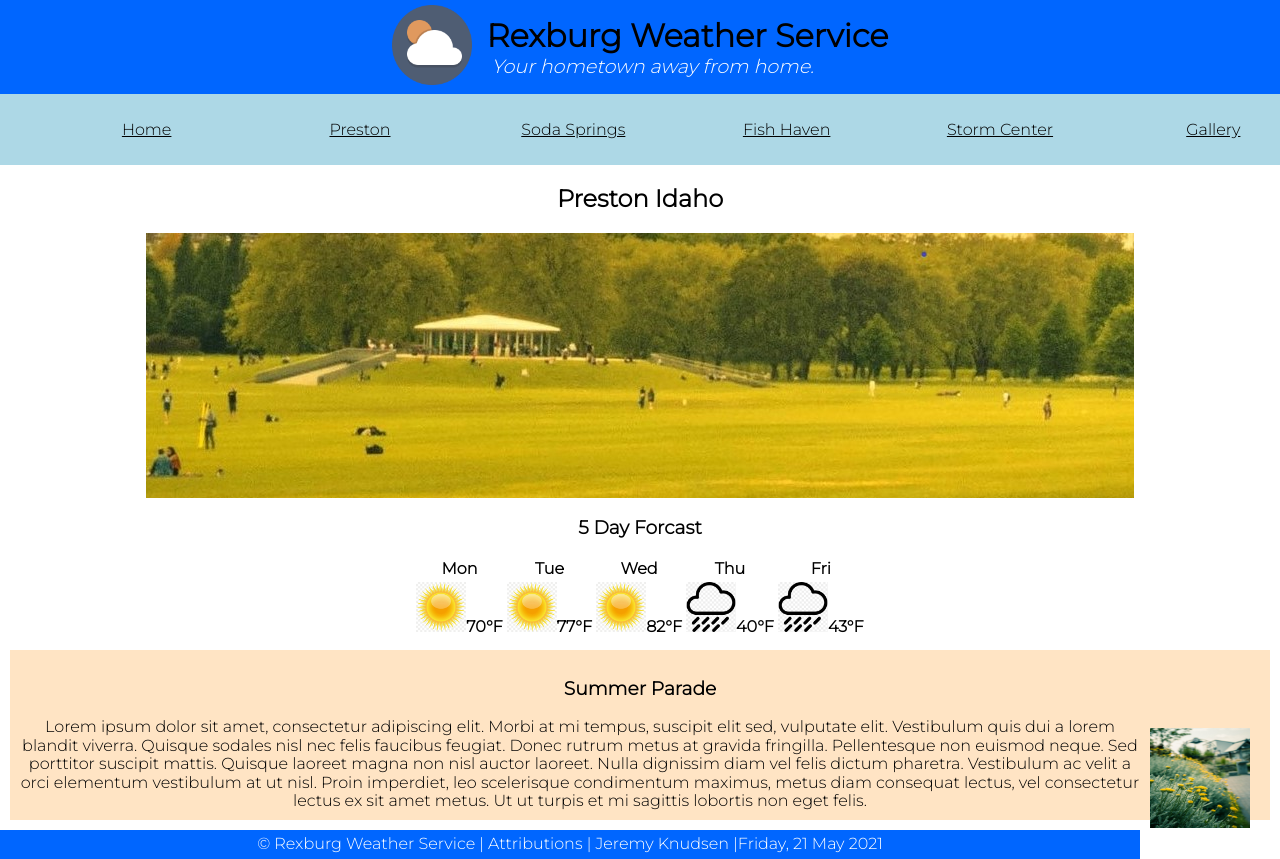
Repository: jknudsen97/jknudsen97.github.io
Page: lesson05/preston-5.html
The author's editor kept a copy of each file at every save. The page is drawn from the files as they stood at one save, then again after the next save.
The browser window is 1280 px wide. The pictures show the whole page.

Above is the page before, as saved 2021-05-22 03:14:40.

### lesson05/preston-5.html
<!DOCTYPE html>
<html lang="en">
<head>
    <meta charset="UTF-8">
    <meta http-equiv="X-UA-Compatible" content="IE=edge">
    <meta name="viewport" content="width=device-width, initial-scale=1.0">
    <title>Rexburg Weather Service</title>
    <meta name="description" content="This will be the main preston town page"/>
    <link rel="preconnect" href="https://fonts.gstatic.com">
    <link href="https://fonts.googleapis.com/css2?family=Montserrat:wght@100;300&display=swap" rel="stylesheet">
    <link rel="preconnect" href="https://fonts.gstatic.com">
    <link href="https://fonts.googleapis.com/css2?family=Nunito:wght@300&display=swap" rel="stylesheet">
    <script defer src="js/script.js"></script>
    <link rel="stylesheet" href="https://cdnjs.cloudflare.com/ajax/libs/normalize/8.0.1/normalize.min.css">
    <link rel="stylesheet" href="css/main.css"/>
    <link rel="stylesheet" href="css/medium.css"/>
    <link rel="stylesheet" href="css/large.css"/>
</head>
<body>
    <header>
        <picture>
            <img src="images/logo.png" alt="Preston logo">
        </picture>
        <section class="headings">
            <h1>Rexburg Weather Service</h1>
            <div class="motto">Your hometown away from home.</div>
        </section>
    </header>

    <div class="nav">
        <div class="hamburger">
            <span class="bar"></span>
            <span class="bar"></span>
            <span class="bar"></span>
        </div>
        <ul class="menu">
            <li><a href="#home" class="link">Home</a></li>
            <li><a href="#preston" class="link">Preston</a></li>
            <li><a href="#sodaSprings" class="link">Soda Springs</a></li>
            <li><a href="#fishHaven" class="link">Fish Haven</a></li>
            <li><a href="#stormCenter" class="link">Storm Center</a></li>
            <li><a href="#gallery" class="link">Gallery</a></li>
        </ul>
    </div>
    <main>
        <div>
            <h2>Preston Idaho</h2>
                    <img class="stock1" src="images/stock1.jpg" alt="Stock Photo 1">
                    <div class="weather">
                        <h3>5 Day Forcast</h3>
                        <table class="table">
                            <tr>
                                <th>Mon</th>
                                <th>Tue</th>
                                <th>Wed</th>
                                <th>Thu</th>
                                <th>Fri</th>
                            </tr>
                            <tr>
                                <th><img class="sunny" src="images/sunny.png" alt="Sunny Thumbnail"><span>70&#176;F</span></th>
                                <th><img class="sunny" src="images/sunny.png" alt="Sunny Thumbnail"><span>77&#176;F</span></th>
                                <th><img class="sunny" src="images/sunny.png" alt="Sunny Thumbnail"><span>82&#176;F</span></th>
                                <th><img class="rainy" src="images/rainy.png" alt="Sunny Thumbnail"><span>40&#176;F</span></th>
                                <th><img class="rainy" src="images/rainy.png" alt="Sunny Thumbnail"><span>43&#176;F</span></th>
                            </tr>
                        </table>
                    </div>
                    <div class="background">
                    <h3>Summer Parade</h3>
                    <img class="stock2" src="images/stock2.jpg" alt="Stock Photo 2">
                <div class="fillerText">
                    Lorem ipsum dolor sit amet, consectetur adipiscing elit.
                    Morbi at mi tempus,
                    suscipit elit sed,
                    vulputate elit. Vestibulum quis dui a lorem blandit viverra.
                    Quisque sodales nisl nec felis faucibus feugiat.
                    Donec rutrum metus at gravida fringilla.
                    Pellentesque non euismod neque.
                    Sed porttitor suscipit mattis.
                    Quisque laoreet magna non nisl auctor laoreet.
                    Nulla dignissim diam vel felis dictum pharetra.
                    Vestibulum ac velit a orci elementum vestibulum at ut nisl.
                    Proin imperdiet, leo scelerisque condimentum maximus,
                    metus diam consequat lectus,
                    vel consectetur lectus ex sit amet metus.
                    Ut ut turpis et mi sagittis lobortis non eget felis.
                </div>
            </div>
        </div>
    </main>
    <footer>
        <div>&copy; Rexburg Weather Service | Attributions | Jeremy Knudsen |</div>
        <div>
            <span id="currentDayofWeek"></span>,
            <span id="currentDay"></span> <span id="currentMonth"></span>
            <span id="currentYear"></span>
        </div>
    </footer>
</body>
</html>

### lesson05/css/main.css
header {
    background-color: #0066ff;
    padding: 5px;
    display: flex;
    align-items: center;
    justify-content: center;
}

header img{
    width: 50px;
    height: auto;
}

body{
    font-family: 'Montserrat', sans-serif;
}

main{
    text-align: center;
}

p{
    justify-content: center;
    background-color: beige;
    padding: 25px;
    margin: 20px;
}

.headings {
    display: flex;
    flex-direction: column;
}

.headings h1{
    font-size: 1em;
    margin: 0 0 0 15px;
}

.motto{
    font-style: italic;
    color: white;
    margin-left: 20px;
    font-size: 1.2rem;
}

.nav{
    overflow: hidden;
    background-color: lightblue;
    position: relative;
}

.menu{
    overflow: hidden;
    display: none;
}

.menu li{
    list-style: none;
    text-decoration: none;
    flex: 1;
    text-align: center;
    justify-content: center;
    box-sizing: border-box;
    line-height: 1.5rem;
}

.menu a{
    color: black;
    justify-content: space-between;
    text-align: center;
    list-style-type: none;
    flex-direction: row;
    align-items: center;
    display: block;
}

.menu.active{
    display: block;
    padding-inline-start: 0px;
}

a.link{
    padding: 7.5px;
}

.nav a.icon{
    background: black;
    display: block;
    position: absolute;
    right: 0;
    top: 0;
}

.hamburger{
    display: none;
}

.bar{
    display: block;
    width: 25px;
    height: 3px;
    margin: 5px auto;
    -webkit-transition: all 0.3s ease-in-out;
    transition: all 0.3s ease-in-out;
    background-color: black;
}

footer {
    margin: 10 px;
    color: white;
    background-color: #0066ff;
    padding: 5px;
    display: flex;
    align-items: center;
    justify-content: center;
    flex-direction: column;
}

.hamburger{
    display: block;
    cursor: pointer;
}

.hamburger.active .bar:nth-child(2) {
    opacity: 0;
}

.hamburger.active .bar:nth-child(1) {
    transform: translateY(8px) rotate(45deg);
}

.hamburger.active .bar:nth-child(3) {
    transform: translateY(-8px) rotate(-45deg);
}

.headings h1{
    font-size: 3rem;
}

.header img{
    width: 120px;
    height: auto;
}

/*Lesson05*/

.stock1{
    display: block;
    align-items: center;
    margin-left: auto;
    margin-right: auto;
    max-width: 95%;
    height: auto;
}

.stock2{
    margin: 10px;
    float: right;
    width: 100px;
    height: 100px;
}

.fillertext{
    padding: 15px;
    margin: 10px;
    text-align: justify;
}

.background{
    justify-content: center;
    display: block;
    background-color: bisque;
    padding: 10px;
    margin: 10px;
}

.weather{
    display: none;
}

### lesson05/css/medium.css
@media only screen and (min-width: 32.5em){
    .menu{
        display: flex;
    }

    header img{
        width: 80px;
        height: auto;
    }

    .headings h1{
        font-size: 2rem;
    }

    .hamburger{
        display: none;
    }

    footer{
        flex-direction: row;
    }

    /*Lesson05*/

    .stock1{
        height: 10%;
    }

    .weather{
        display: contents;
    }

    .table{
        margin-left: auto;
        margin-right: auto;
    }

    .sunny{
        width: 50px;
        height: 50px;
    }

    .rainy{
        width: 50px;
        height: 50px;
    }

    spam{
        display: block;
    }
}

### lesson05/css/large.css
@media only screen and (min-width: 60em){
    .menu{
        display: flex;
        top: 5rem;
        border-radius: 10px;
        justify-content: space-between;
        width: 100%;
        transition: 0.3s;
    }
}

### lesson05/js/script.js
const hamburger = document.querySelector(".hamburger");
const menu = document.querySelector(".menu");
hamburger.addEventListener("click", mobileMenu);

function mobileMenu() {
    hamburger.classList.toggle("active");
    menu.classList.toggle("active");
}

const link = document.querySelectorAll(".link");
link.forEach(n => n.addEventListener("click", closeMenu));

function closeMenu(){
    hamburger.classList.remove("active");
    menu.classList.remove("active");
}

var d = new Date();
var weekday = new Array(7);
weekday[0] = "Sunday";
weekday[1] = "Monday";
weekday[2] = "Tuesday";
weekday[3] = "Wednesday";
weekday[4] = "Thursday";
weekday[5] = "Friday";
weekday[6] = "Saturday";

var n = weekday[d.getDay()];
document.querySelector("#currentDayofWeek").innerHTML = n;

var n = d.getDate();
document.querySelector("#currentDay").innerHTML = n;

var month = new Array();
month[0] = "January";
month[1] = "February";
month[2] = "March";
month[3] = "April";
month[4] = "May";
month[5] = "June";
month[6] = "July";
month[7] = "August";
month[8] = "September";
month[9] = "October";
month[10] = "November";
month[11] = "December";

var n = month[d.getMonth()];
document.querySelector("#currentMonth").innerHTML = n;

var n = d.getFullYear();
document.querySelector("#currentYear").innerHTML = n;

After the next save:
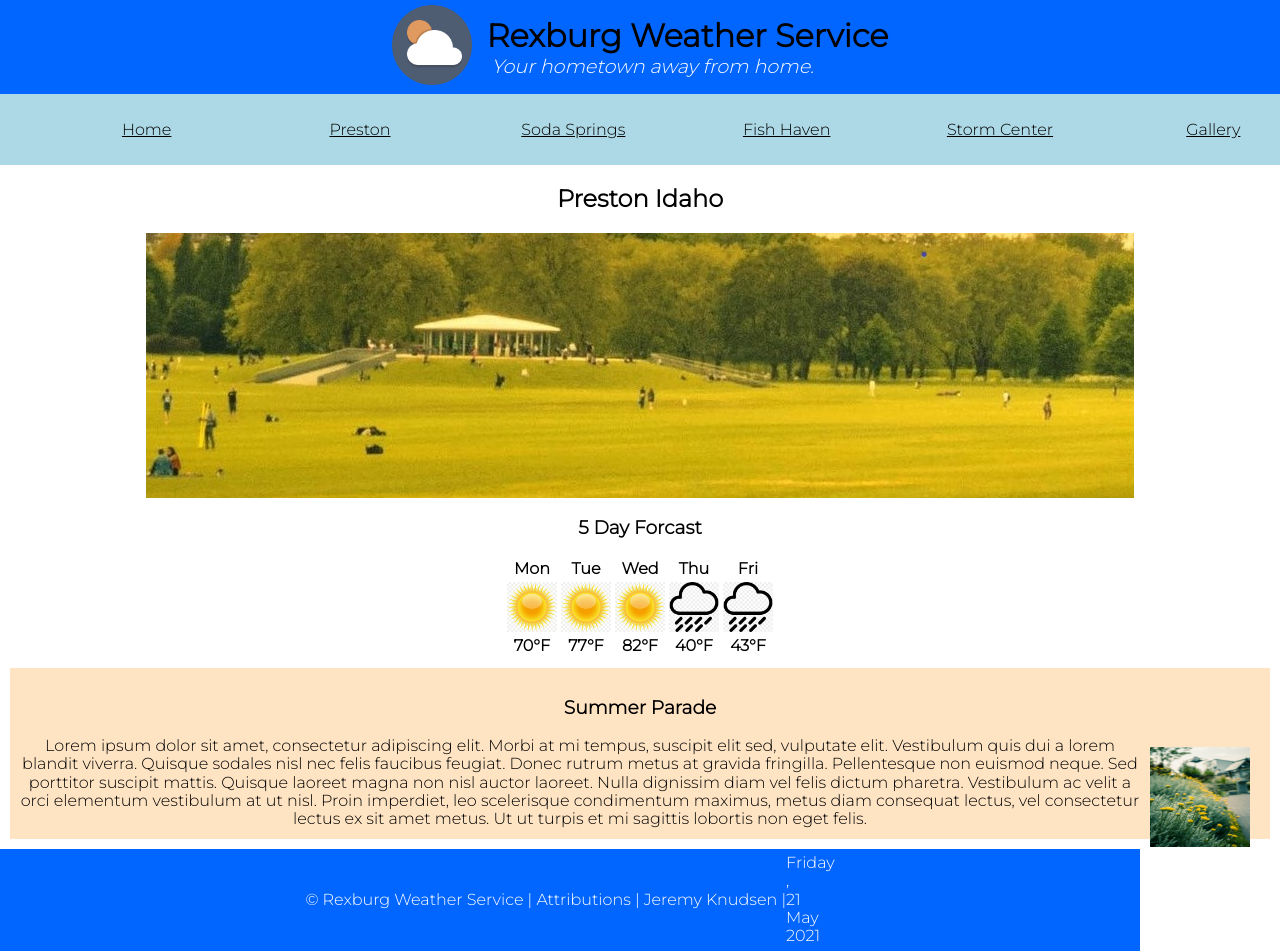
Saved 5 s later.
--- a/lesson05/css/medium.css
+++ b/lesson05/css/medium.css
@@ -45,7 +45,7 @@
         height: 50px;
     }
 
-    spam{
+    span{
         display: block;
     }
 }
